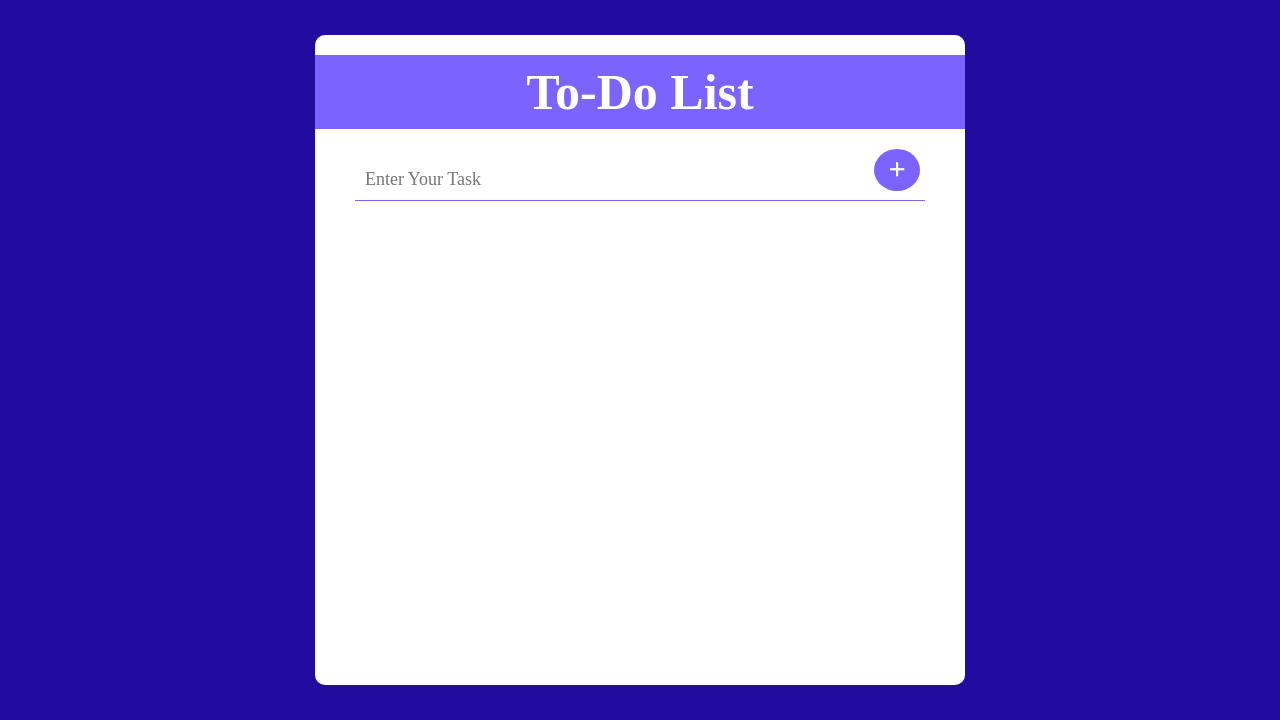
Repository: AliHassan02-Dev/To-Do-App
Page: /
An editor plug-in stored every save of this project. The page is shown before and after the next save, followed by the edit.
The browser window is 1280 px wide. The pictures show the whole page.
Some web libraries are served in a nearby version. The project was rebuilt for these pictures with package versions that can differ from the ones it lists, and the page was loaded fresh each time. Also part of the build but not shown: vite.config.js, src/Components/TaskList.jsx.

Above is the page before, as saved 2024-10-28 12:10:59.

### src/main.jsx
import { StrictMode } from 'react'
import { createRoot } from 'react-dom/client'
import './App.css'
import App from './App.jsx'

createRoot(document.getElementById('root')).render(
  <>
    <App />
  </>,
)

### src/App.css
* {
  margin: 0;
  padding: 0;
  box-sizing: border-box;
  font-family: poppins;
}

.mainWrapper {
  width: 100%;
  height: 100vh;
  background-color: rgb(34, 12, 160);
  display: flex;
  justify-content: center;
  flex-direction: column;
}

.mainWrapper .container {
  width: 100%;
  max-width: 650px;
  height: 650px;
  background-color: white;
  margin: auto;
  border-radius: 10px;
}

.mainWrapper .container .topBar {
  margin: 20px 0px;
}

.mainWrapper .container .topBar h2 {
  width: 100%;
  text-align: center;
  background-color: rgb(122, 99, 255);
  font-size: 50px;
  padding: 8px;
  color: white;
}

.mainWrapper .container .topBar .addTask {
  width: 100%;
  display: flex;
  justify-content: center;
  align-items: center;
  padding: 10px 40px;
  margin-top: 20px;
  position: relative;
}

.mainWrapper .container .topBar .addTask .wrapper {
  width: 100%;
  display: flex;
  justify-content: center;
  align-items: center;
  position: relative;
}

.mainWrapper .container .topBar .addTask input {
  width: 100%;
  border: none;
  border-bottom: 1px solid rgb(122, 99, 255);
  font-size: 18px;
  padding: 10px;
  outline: none;
}

.mainWrapper .container .topBar .addTask span {
  position: absolute;
  bottom: 10px;
  right: 5px;
  background-color: rgb(122, 99, 255);
  color: white;
  font-size: 18px;
  padding: 12px 15px;
  border-radius: 100%;
  cursor: pointer;
}

.mainWrapper .container .bottomBar {
  margin: 20px 0px;
  padding: 10px 40px;
}

.mainWrapper .container .bottomBar ol {
  list-style-type: none;
}

.mainWrapper .container .bottomBar .taskList {
  width: 100%;
  flex-wrap: nowrap;
  display: flex;
  justify-content: space-between;
  align-items: center;
  border-bottom: 1px solid rgba(100, 100, 100, 0.5);
  padding: 10px 5px;
  margin-bottom: 28px;
}

.mainWrapper .container .bottomBar .taskList li {
  font-size: 20px;
  font-weight: 600;
}

.mainWrapper .container .bottomBar .taskList span {
  color: white;
  background-color: rgb(199, 37, 37);
  padding: 8px 11px;
  font-size: 16px;
  border-radius: 100%;
  cursor: pointer;
}

### src/App.jsx
import React, { useState } from "react";
import TaskList from "./Components/TaskList";

const App = () => {
  const [taskValue, setTaskValue] = useState("");
  const [TaskItems, setTaskItems] = useState([]);

  const handleEvent = (e) => {
    setTaskValue(e.target.value);
  };

  const addTaskItem = () => {
    setTaskItems((prevItem) => {
      return [...prevItem, taskValue];
    });
    setTaskValue("");
  };

  return (
    <div className="mainWrapper">
      <div className="container">
        <div className="topBar">
          <h2>To-Do List</h2>

          <div className="addTask">
            <div className="wrapper">
              <input
                type="text"
                placeholder="Enter Your Task"
                onChange={handleEvent}
                value={taskValue}
              />
              <span className="fa-solid fa-plus" onClick={addTaskItem}></span>
            </div>
          </div>
        </div>
        <div className="bottomBar">
          <ol>
            {TaskItems.map((elem, idx) => {
              return <TaskList id={idx} key={idx} data={elem} />;
            })}
          </ol>
        </div>
      </div>
    </div>
  );
};

export default App;

Loaded but not shown: index.html (common file)

After the next save:
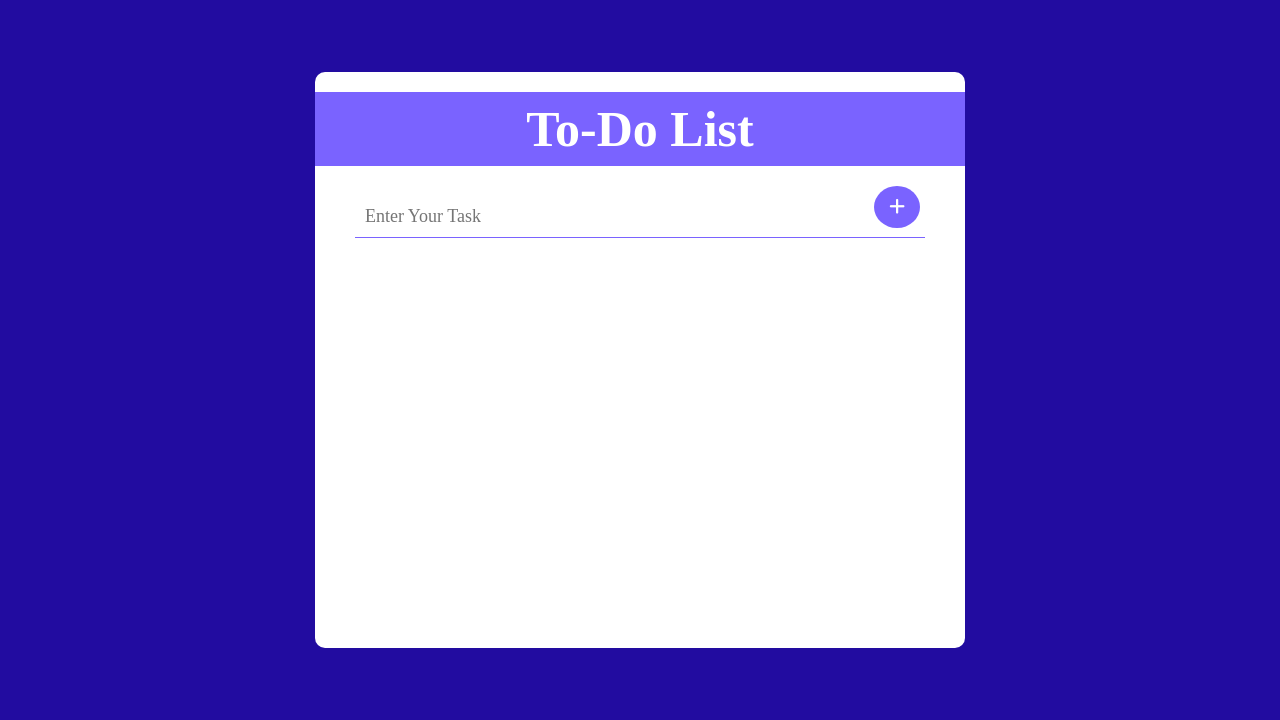
Saved 18 s later.
--- a/src/App.css
+++ b/src/App.css
@@ -17,7 +17,7 @@
 .mainWrapper .container {
   width: 100%;
   max-width: 650px;
-  height: 650px;
+  height: 80vh;
   background-color: white;
   margin: auto;
   border-radius: 10px;
